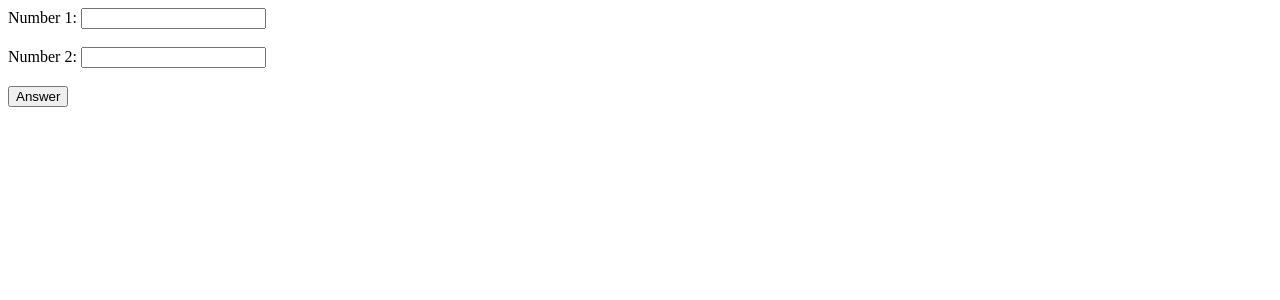
Repository: yogendra-dashore/java-ism
Page: ServletCalcutalor/src/main/webapp/calcy.html
These files come from the project's save history. The page is drawn as it stood at one moment and after the next save; the edit follows.
The browser window is 1280 px wide. The pictures show the whole page.

Above is the page before, as saved 2023-03-28 11:34:00.

After the next save:
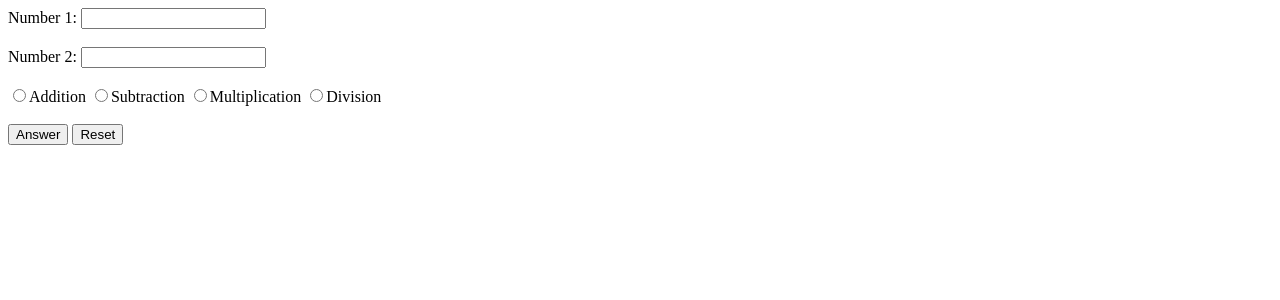
Saved 97 s later.
--- a/ServletCalcutalor/src/main/webapp/calcy.html
+++ b/ServletCalcutalor/src/main/webapp/calcy.html
@@ -11,10 +11,18 @@
 Number 2: <input type="number" name="number2"><br><br>
 
 
+<input type="radio"  name="addition" value="add">Addition
 
+<input type="radio" name="subtraction" value="sub">Subtraction
+
+<input type="radio"  name="multiplication" value="multi">Multiplication
+
+<input type="radio"  name="division" value="div">Division
+<br><br>
 
 
 <input type="Submit" value="Answer"/>
+<input type= "reset" value="Reset"/>
 
 </form>
 
